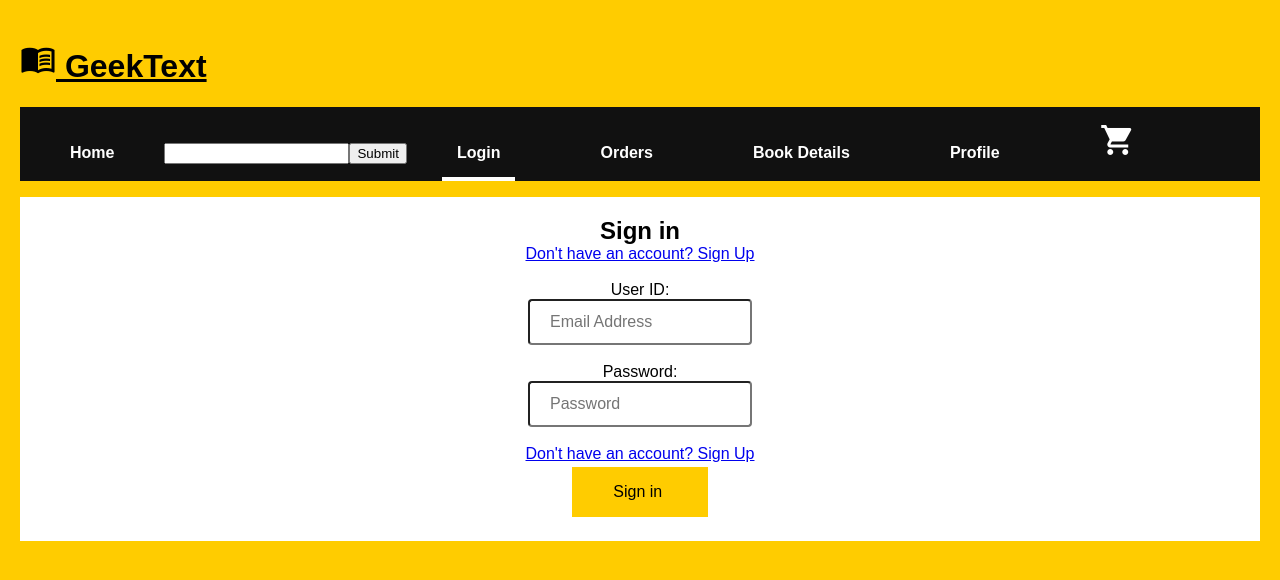
Repository: MikeAngelino/CEN4010
Page: /#/Login (app in client/)
These files come from the project's save history. The page is drawn as it stood at one moment and after the next save; the edit follows.
The browser window is 1280 px wide. The pictures show the whole page.
The project was rebuilt for these pictures with package versions that can differ from the ones it lists, and the page was loaded fresh each time. Also part of the build but not shown: client/src/pages/Home.js, client/src/pages/Register.js, client/src/pages/Orders.js, client/src/pages/BookDetails.js, client/src/pages/ShopCart.js, client/src/pages/Profile.js.

Above is the page before, as saved 2020-04-02 01:13:59.

### client/public/index.html
<!DOCTYPE html>
<html lang="en">
	<head>
		<meta charset="utf-8" />
		<link rel="icon" href="./favicon.ico" />
		<meta name="viewport" content="width=device-width, initial-scale=1" />
		<meta name="theme-color" content="#000000" />
		<meta
			name="description"
			content="Web site created using create-react-app"
		/>
		<link rel="apple-touch-icon" href="./logo192.png" />

		<!-- Google icons import link -->
		<link
			href="https://fonts.googleapis.com/icon?family=Material+Icons"
			rel="stylesheet"
		/>
		<!--
      manifest.json provides metadata used when your web app is installed on a
      user's mobile device or desktop. See https://developers.google.com/web/fundamentals/web-app-manifest/
    -->
		<link rel="manifest" href="./manifest.json" />
		<!--
      Notice the use of %PUBLIC_URL% in the tags above.
      It will be replaced with the URL of the `public` folder during the build.
      Only files inside the `public` folder can be referenced from the HTML.

      Unlike "/favicon.ico" or "favicon.ico", "%PUBLIC_URL%/favicon.ico" will
      work correctly both with client-side routing and a non-root public URL.
      Learn how to configure a non-root public URL by running `npm run build`.
    -->
		<title>GeekText</title>
	</head>
	<body>
		<noscript
			>You need to enable JavaScript to run this app. NO SHIT!!</noscript
		>
		<div id="root"></div>
		<!--
      This HTML file is a template.
      If you open it directly in the browser, you will see an empty page.

      You can add webfonts, meta tags, or analytics to this file.
      The build step will place the bundled scripts into the <body> tag.

      To begin the development, run `npm start` or `yarn start`.
      To create a production bundle, use `npm run build` or `yarn build`.
    -->
	</body>
</html>

### client/src/index.js
import React from 'react';
import ReactDOM from 'react-dom';
import './index.css';
import App from './App';
import * as serviceWorker from './serviceWorker';
import axios from 'axios';
import * as tokenService from './services/token';

axios.defaults.baseURL = 'http://localhost:3002'

axios.interceptors.request.use((config) => ({
    ...config,
    headers: {
        ...config.headers,
        'x-auth-token': tokenService.get()
    }
}))

ReactDOM.render(<App />, document.getElementById('root'));

// If you want your app to work offline and load faster, you can change
// unregister() to register() below. Note this comes with some pitfalls.
// Learn more about service workers: https://bit.ly/CRA-PWA
serviceWorker.unregister();

### client/src/index.css
body {
	background-color: #ffcc00;
	padding: 20px;
	margin: 0;
}
h1,
h2,
p,
ul,
li {
	font-family: sans-serif;
	color: #000000;
}
ul.header li {
	display: inline;
	list-style-type: none;
	margin: 35px;
}
ul.header {
	background-color: #111;
	padding: 0;
}
ul.header li a {
	color: #fff;
	font-weight: bold;
	text-decoration: none;
	padding: 15px;
	display: inline-block;
}

.content {
	background-color: #fff;
	padding: 20px;
}

.content h2 {
	padding: 0;
	margin: 0;
}
.content li {
	margin-bottom: 5px;
}

/* Miguel M. From here my css starts */
.active {
	/* active page indicator //background-color: rgb(55, 107, 141); */
	border-bottom: 4px solid white;
}

.flexbox-container {
	height: auto;
	display: flex;
	flex-wrap: wrap;
}

.flexbox-item {
	width: 200px;
	margin: 8px;
	border: 4px solid #333;
	background-color: #dfdfdf;
}

.flexbox-item-1 {
	max-height: 300px;
}

.flexbox-item-2 {
	max-height: 300px;
}

.flexbox-item-3 {
	max-height: 300px;
}

.flexbox-item-4 {
	max-height: 300px;
}

.flexbox-item-5 {
	max-height: 300px;
}

.flexbox-item-6 {
	max-height: 300px;
}

.book-wrapper {
	text-align: center;
}

.fit-container {
	width: 100%;
}

/* google fonts or icons req */
@font-face {
	font-family: 'Material Icons';
	font-style: normal;
	font-weight: 400;
	src: url(https://example.com/MaterialIcons-Regular.eot);
	/* For IE6-8 */
	src: local('Material Icons'), local('MaterialIcons-Regular'),
		url(https://example.com/MaterialIcons-Regular.woff2) format('woff2'),
		url(https://example.com/MaterialIcons-Regular.woff) format('woff'),
		url(https://example.com/MaterialIcons-Regular.ttf) format('truetype');
}

.material-icons {
	font-family: 'Material Icons';
	font-weight: normal;
	font-style: normal;
	font-size: 36px;
	/* Preferred icon size */
	display: inline-block;
	line-height: 1;
	text-transform: none;
	letter-spacing: normal;
	word-wrap: normal;
	white-space: nowrap;
	direction: ltr;
	/* Support for all WebKit browsers. */
	-webkit-font-smoothing: antialiased;
	/* Support for Safari and Chrome. */
	text-rendering: optimizeLegibility;
	/* Support for Firefox. */
	-moz-osx-font-smoothing: grayscale;
	/* Support for IE. */
	font-feature-settings: 'liga';
}

.material-icons.orange600 {
	color: rgb(255, 255, 255);
}

.material-icons.md-dark {
	color: rgb(255, 255, 255);
}

.material-icons.md-dark.md-inactive {
	color: rgb(244, 244, 244);
}

/*^^ Miguel M. Contribution ends here ^^*/

/**********BOOK DETAILS CSS********************/

.details {
	font-family: Lato;
}

.details-img {
	height: 400px;
}

.details-description {
}

.details-authorBio {
}

.details-Basics {
}

/*********************************************/ /**********BOOK DETAILS CSS********************/

.details {
	font-family: Lato;
}

.details-img {
	height: 300px;
}

.details-description {
}

.details-authorBio {
}

.details-Basics {
}

/*********************************************/

### client/src/App.js
import React from 'react';
import './index.css';
import Home from './pages/Home';
import Register from './pages/Register';
import Login from './pages/Login';
import Orders from './pages/Orders';
import BookDetails from './pages/BookDetails';
import ShopCart from './pages/ShopCart';
import Profile from './pages/Profile';
import { Route, HashRouter, NavLink } from 'react-router-dom';

// NPM RUN CLIENT is the updated src folder, (NPM RUN SERVER/NPM START) runs build in my case which is the old green template
//Use ctrL + C to stop the server
//Always run NPM INSTALL on a newly cloned file
//Do not push updates to master branch, push to your own branch PLZ

//updated file structure on my branch (miguel) 2/17/20
//npm install after downloading/ npm install --save react-bootstrap mighe be needed for BookDetails to work
// npm install react-router-dom --save to fix initial error
//npm npm run client to run this package

const App = () => (
	<HashRouter>
		<div>
			{/* Link TITLE with home Page*/}
			<NavLink to="/" style={{ textDecoration: 'none' }}>
				<h1>
					<i class="material-icons">menu_book</i> GeekText
				</h1>
			</NavLink>

			{/* styles this section with css*/}
			<ul className="header">
				<li>
					<NavLink exact to="/">
						Home
					</NavLink>
				</li>

				{/* search bar*/}
				<input type="text" />
				<button type="submit">Submit</button>

				{/* search bar with database integration built*/}
				{/* <input onchange={this.props.handleSearch} type="text"/>
          <button type="submit">Submit</button> */}

				<li>
					<NavLink to="/Login">Login</NavLink>
				</li>
				<li>
					<NavLink to="/Orders">Orders</NavLink>
				</li>
				<li>
					<NavLink to="/BookDetails">Book Details</NavLink>
				</li>
				<li>
					<NavLink to="/Profile">Profile</NavLink>
				</li>

				<li>
					<NavLink to="/ShopCart">
						<i class="material-icons md-dark md-24">shopping_cart</i>
					</NavLink>
				</li>
			</ul>

			{/* styles this section with css*/}
			<div className="content">
				<Route exact path="/" component={Home} />
				<Route path="/Register" component={Register} />
				<Route path="/Login" component={Login} />
				<Route path="/Orders" component={Orders} />
				<Route path="/Book/:id" component={BookDetails} />
				<Route path="/ShopCart" component={ShopCart} />
				<Route path="/Profile" component={Profile} />
			</div>
		</div>
	</HashRouter>
);

export default App;

### client/src/services/token.js
export const store = (token) => {
    localStorage.setItem('token', token);
}

export const get = () => localStorage.getItem('token');

### client/src/pages/Login.js
import React from 'react';
import { Link, Redirect } from 'react-router-dom';
import './Register.css';
import axios from 'axios';
import * as tokenService from '../services/token';

const Login = () => {
	// Set the states to empty before the user fills them out
	const [authenticated, setAuthenticated] = React.useState(false);
	const [userId, setUserId] = React.useState('');
	const [password, setPassword] = React.useState('');

	// Checks the data against the database to see if the user exists
	// If they do, log them in
	const handleSubmit = async e => {
		e.preventDefault();
		const { data: { token } } = await axios.post('/api/auth/', { userId, password });
		tokenService.store(token);
		localStorage.setItem('userId', userId);
		setAuthenticated(true);
	};

	return authenticated ? <Redirect to="/Profile" /> : (
		<div>
			<h2 id="login">Sign in</h2>
			<div class="registerlink">
				<Link to="/Register" id="registration">
				Don't have an account? Sign Up
				</Link>
			</div>
			<br />
			<form id="login">
				<label class="label">
					User ID:
					<br />
					<input
						type="text"
						onChange={e => setUserId(e.target.value)}
						id="reg"
						name="userid"
						placeholder="Email Address"
						required
					/>
				</label>
				<br />
				<br />
				<label class="label">
					Password:
					<br />
					<input
						type="password"
						onChange={e => setPassword(e.target.value)}
						id="reg"
						name="password"
						placeholder="Password"
						minLength="8"
						required
					/>
				</label>
				<br />
				<br />
				<div class="registerlink">
				<Link to="/Register" id="registration">
						Don't have an account? Sign Up
				</Link>
				</div>

				<input
					type="submit"
					onClick={handleSubmit}
					class="submit"
					value="  Sign in   "
				/>
			</form>
		</div>
	);
};

export default Login;

### client/src/pages/Register.css
#registration {
	font-family: Arial, Helvetica, sans-serif;
	text-align: center;
}

#login {
	font-family: Arial, Helvetica, sans-serif;
	text-align: center;
}

.registerlink {
	text-align: center;
}

.loginlink {
	text-align: center;
}

#reg {
	width: 15%;
	position: relative;
	padding: 12px 20px;
	border-radius: 4px;
	font-size: 1rem;
	font-weight: 400;
	line-height: normal;
	box-shadow: 0px 4px 20px 0px transparent;
}

.submit {
	background-color: #ffcc00;
	border: none;
	color: black;
	padding: 16px 32px;
	text-decoration: none;
	margin: 4px 2px;
	cursor: pointer;
	font-size: 1rem;
}

.submit:hover {
	background-color: #dcb000;
}

### client/src/pages/Profile.css
h1,
h3 {
	font-family: Arial, Helvetica, sans-serif;
}

h1 {
	text-decoration: underline;
}

Loaded but not shown: client/src/serviceWorker.js (common file)

After the next save:
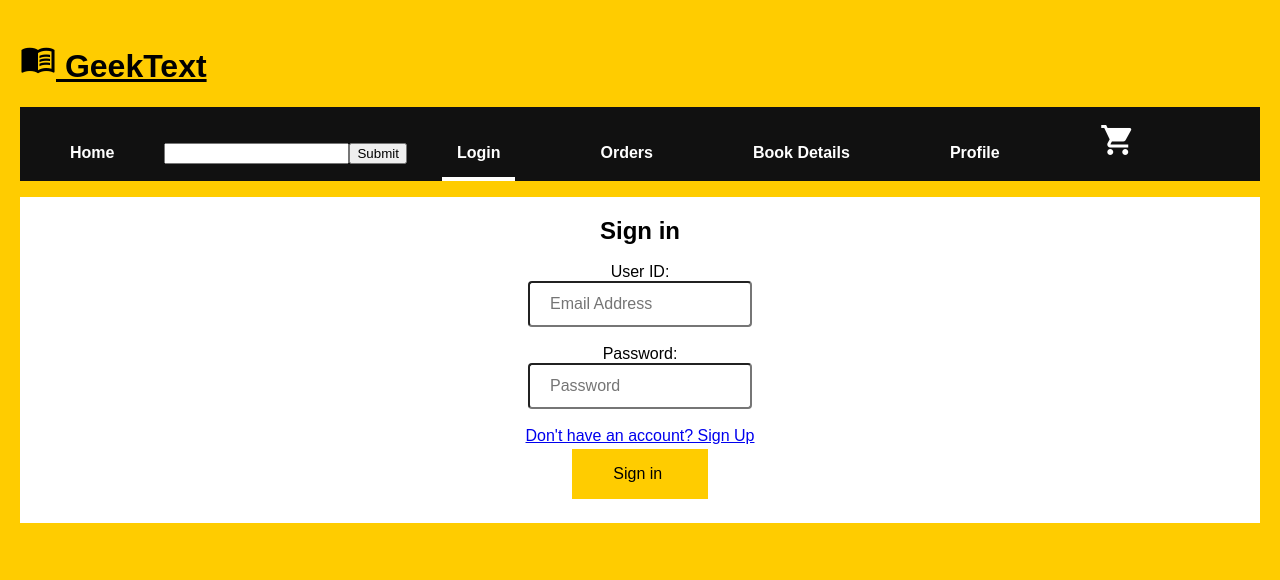
Saved 16 s later.
--- a/client/src/pages/Login.js
+++ b/client/src/pages/Login.js
@@ -23,11 +23,6 @@ const Login = () => {
 	return authenticated ? <Redirect to="/Profile" /> : (
 		<div>
 			<h2 id="login">Sign in</h2>
-			<div class="registerlink">
-				<Link to="/Register" id="registration">
-				Don't have an account? Sign Up
-				</Link>
-			</div>
 			<br />
 			<form id="login">
 				<label class="label">
